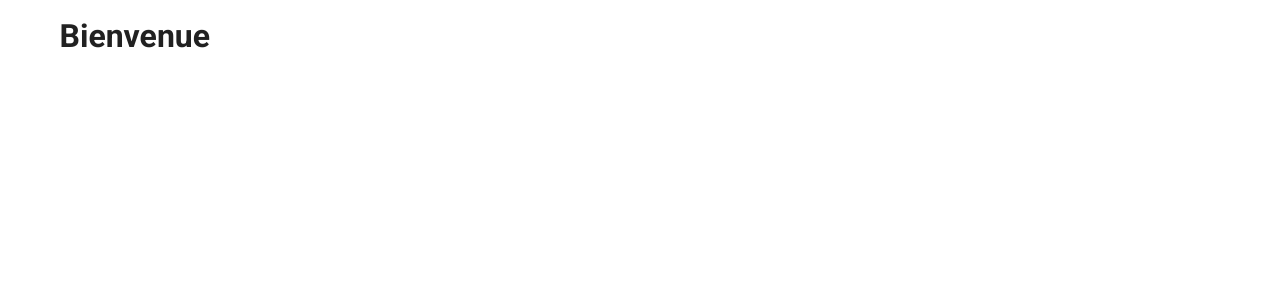
Repository: SidneyHodieb/myc
Page: /
The author's editor kept a copy of each file at every save. The page is drawn from the files as they stood at one save, then again after the next save.
The browser window is 1280 px wide. The pictures show the whole page.
The project was rebuilt for these pictures with package versions that can differ from the ones it lists, and the page was loaded fresh each time. Also part of the build but not shown: vue.config.js.

Above is the page before, as saved 2021-04-01 22:58:42.

### src/App.vue
<template>
  <v-app>
    <v-main>
      <router-view></router-view>
    </v-main>
  </v-app>
</template>

<script>

export default {
  name: 'App',
  data: () => ({
    //
  }),
};
</script>

### src/views/Home.vue
<template>
 <v-container>
    <v-row>
      <v-col><h1>Bienvenue</h1></v-col>
    </v-row>
  </v-container>
</template>

<script>
// @ is an alias to /src

export default {

  components: {

  }
}
</script>

Loaded but not shown: public/index.html (common file); src/main.js (common file); src/router/index.js (common file); src/store/index.js (common file); src/plugins/vuetify.js (common file)

After the next save:
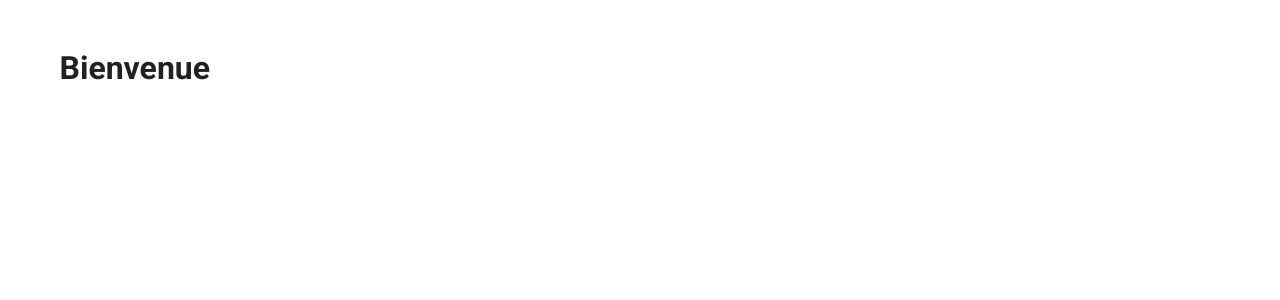
Saved 21 s later.
--- a/src/views/Home.vue
+++ b/src/views/Home.vue
@@ -1,6 +1,6 @@
 <template>
  <v-container>
-    <v-row>
+    <v-row class="mt-5">
       <v-col><h1>Bienvenue</h1></v-col>
     </v-row>
   </v-container>

After the save that followed:
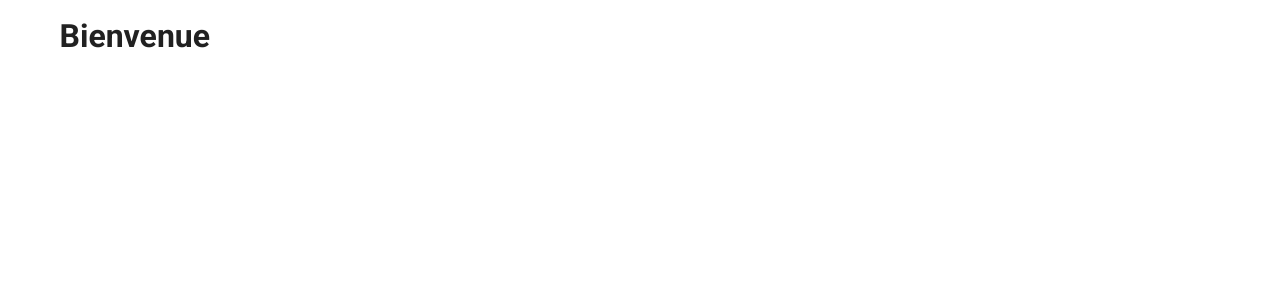
Saved 6 s later.
--- a/src/views/Home.vue
+++ b/src/views/Home.vue
@@ -1,6 +1,6 @@
 <template>
  <v-container>
-    <v-row class="mt-5">
+    <v-row class="m-5">
       <v-col><h1>Bienvenue</h1></v-col>
     </v-row>
   </v-container>
